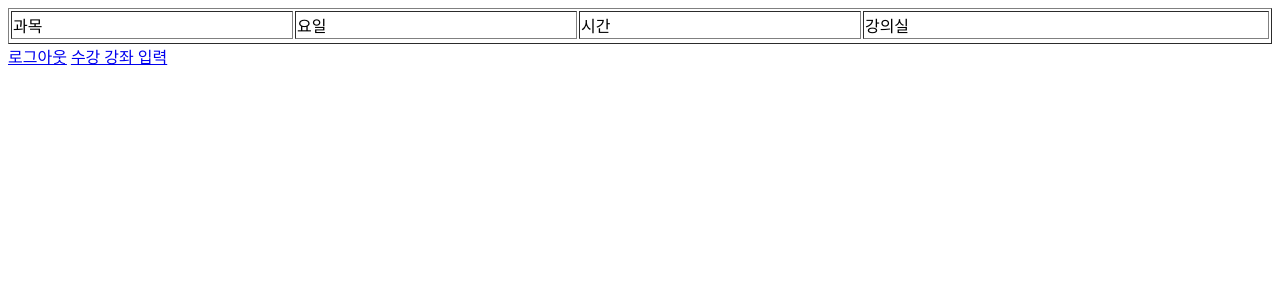
Repository: wake45/Web_Programming_Project
Page: http://localhost/WebP/class.jsp
An editor plug-in stored every save of this project. The page is shown before and after the next save, followed by the edit.
The browser window is 1280 px wide. The pictures show the whole page.
The page is served by Tomcat 9. Other server files are loaded and not shown. Queries for data that is not in the repository find no rows.

Above is the page before, as saved 2018-06-17 04:50:40.

### Web_기말프로젝트_20145150_이상욱/WebP/WebContent/class.jsp
<%@ page language="java" contentType="text/html; charset=EUC-KR"
    pageEncoding="EUC-KR" import="java.sql.*" %>
<!DOCTYPE html PUBLIC "-//W3C//DTD HTML 4.01 Transitional//EN" "http://www.w3.org/TR/html4/loose.dtd">
<html>
<head>
<meta http-equiv="Content-Type" content="text/html; charset=EUC-KR">
<title>Insert title here</title>
</head>
<body>
<jsp:useBean id="class_" class="classes.Info" scope="page"/>
<jsp:useBean id="dbconnect" class="classes.DBConnection" scope="page"/>
<jsp:setProperty name="class_" property="*"/>
	<table width="100%" border=collapse>
	<tr>
		<td>과목
		<td>요일
		<td>시간
		<td>강의실
	</tr>
	<%
	int temp = 0;
	String inf[][] = new String[100][5];
	dbconnect.tableMember(inf);
		for(int i = 0 ; i < 100 ; i++){
			out.print("<tr>");
			for(int j = 0 ; j < 5 ; j++){
				if(inf[i][j] != null){
					//if(inf[i][1].equals(class_.getName())){
						out.print("<td>" + inf[i][j]);
					//}
				}
				else{
					temp = -1;
					break;
				}
			}
			if(temp == -1){
				break;
			}
			out.print("</tr>");
		}

	%>

	</table>
	<a href="logout.jsp">로그아웃</a>
	<a href="insert.html">수강 강좌 입력</a>
</body>
</html>

### Web_기말프로젝트_20145150_이상욱/WebP/src/classes/Info.java
package classes;

public class Info {
	private String name;
	private String subject;
	private String day;
	private String time;
	private String classroom;

	public String getName() {
		return name;
	}
	public void setName(String name) {
		this.name = name;
	}
	public String getSubject() {
		return subject;
	}
	public void setSubject(String subject) {
		this.subject = subject;
	}
	public String getDay() {
		return day;
	}
	public void setDay(String day) {
		this.day = day;
	}
	public String getTime() {
		return time;
	}
	public void setTime(String time) {
		this.time = time;
	}
	public String getClassroom() {
		return classroom;
	}
	public void setClassroom(String classroom) {
		this.classroom = classroom;
	}
}

### Web_기말프로젝트_20145150_이상욱/WebP/src/classes/DBConnection.java
package classes;

import java.sql.*;

public class DBConnection {
	private static final String JDBC_DRIVER = "com.mysql.jdbc.Driver";
	private static final String JDBC_URL = "jdbc:mysql://localhost:3306/webdb?characterEncoding=UTF-8&serverTimezone=UTC";
	private static final String USER = "root";
	private static final String PASSWD = "1234";


	private Connection con = null;
	private PreparedStatement pstmt = null;

	public DBConnection() {
		try {
			Class.forName(JDBC_DRIVER);
		}catch(Exception e) {
			e.printStackTrace();
		}
	}

	public void connect() {
		try{
			con = DriverManager.getConnection(JDBC_URL, USER, PASSWD);
		}catch(Exception e){
			e.printStackTrace();
		}
	}

	public String[][] tableMember(String inf[][]) {

		connect();
		String sql = "select * from class";
		ResultSet rs = null;
		int i = 0;
		int j = 0;

		try {
			pstmt = con.prepareStatement(sql);
			rs = pstmt.executeQuery(sql);

			while(rs.next()) {
				inf[i][j++] = rs.getString(1);
				inf[i][j++] = rs.getString(2);
				inf[i][j++] = rs.getString(3);
				inf[i][j++] = rs.getString(4);
				inf[i++][j] = rs.getString(5);
				j = 0;
			}

			for(j = 0 ; j < 5 ; j++) {
				inf[i][j] = null;
			}

			rs.close();
			disconnection();

			return inf;
		}catch(SQLException e) {
			e.printStackTrace();
			return null;
		}
	}
	public boolean insertMember(Info inf) {
		boolean success = true;
		connect();
		String sql = "insert into class values(?, ?, ?, ?,?)";

		try {
			pstmt = con.prepareStatement(sql);
			pstmt.setString(1, inf.getName());
			pstmt.setString(2, inf.getSubject());
			pstmt.setString(3, inf.getDay());
	        pstmt.setString(4, inf.getTime());
	        pstmt.setString(5, inf.getClassroom());
	        pstmt.executeUpdate();

			disconnection();
	        return success;

		}catch(SQLException e) {
			e.printStackTrace();
			return !success;
		}
	}

	public void disconnection() {
		if(pstmt != null) {
			try {
				pstmt.close();
			}catch(SQLException e) {
				e.printStackTrace();
			}
		}
		if(con != null) {
			try {
				con.close();
			}catch(SQLException e) {
				e.printStackTrace();
			}
		}
	}
}

After the next save:
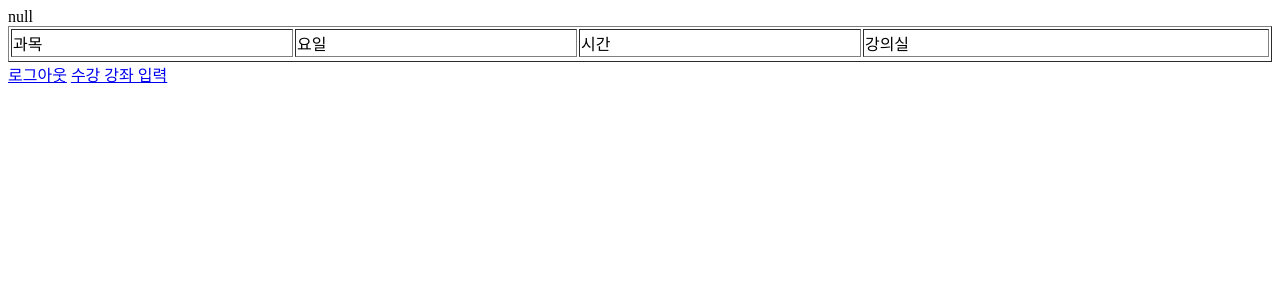
Saved 2 min 16 s later.
--- a/Web_기말프로젝트_20145150_이상욱/WebP/WebContent/class.jsp
+++ b/Web_기말프로젝트_20145150_이상욱/WebP/WebContent/class.jsp
@@ -18,6 +18,7 @@
 		<td>강의실
 	</tr>
 	<%
+	out.print(class_.getName());
 	int temp = 0;
 	String inf[][] = new String[100][5];
 	dbconnect.tableMember(inf);
@@ -25,9 +26,9 @@
 			out.print("<tr>");
 			for(int j = 0 ; j < 5 ; j++){
 				if(inf[i][j] != null){
-					//if(inf[i][1].equals(class_.getName())){
+					if(inf[i][1].equals(class_.getName()) && j != 1){
 						out.print("<td>" + inf[i][j]);
-					//}
+					}
 				}
 				else{
 					temp = -1;
